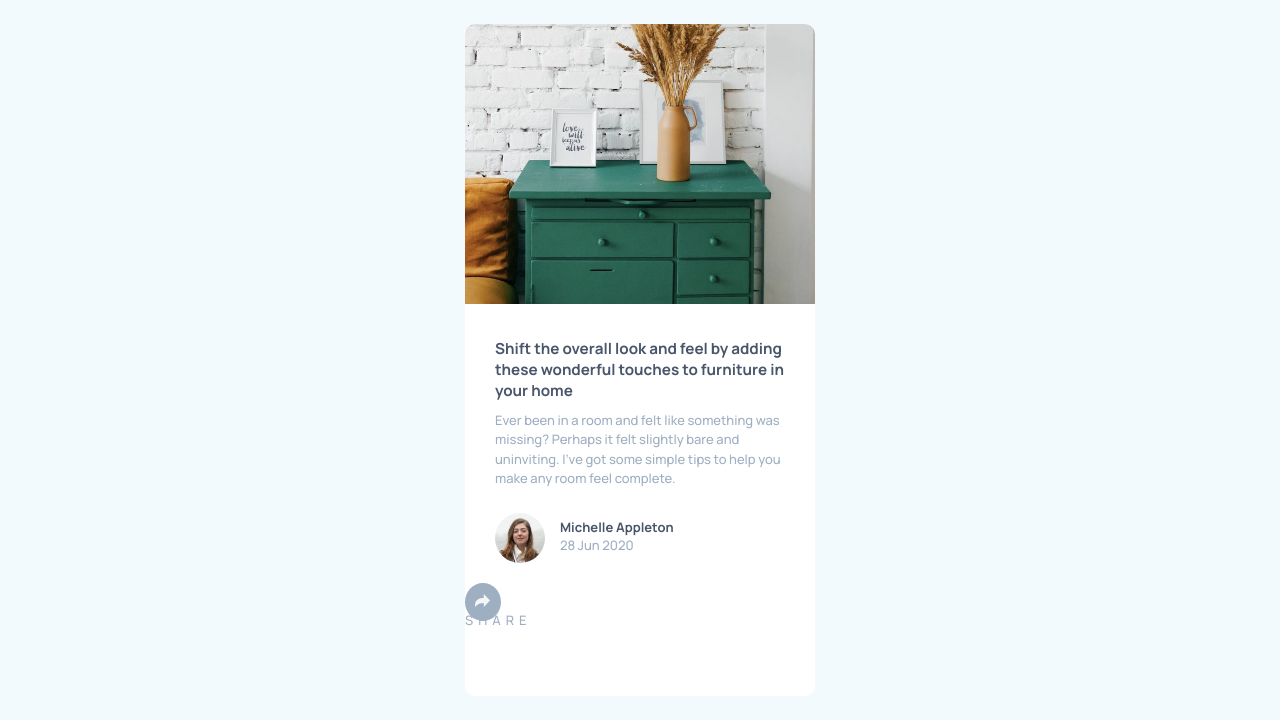
Repository: ellenliao95/frontend-mentor-solution
Page: article-preview-component-master/index.html
The author's editor kept a copy of each file at every save. The page is drawn from the files as they stood at one save, then again after the next save.
The browser window is 1280 px wide. The pictures show the whole page.

Above is the page before, as saved 2023-03-21 15:06:40.

After the next save:
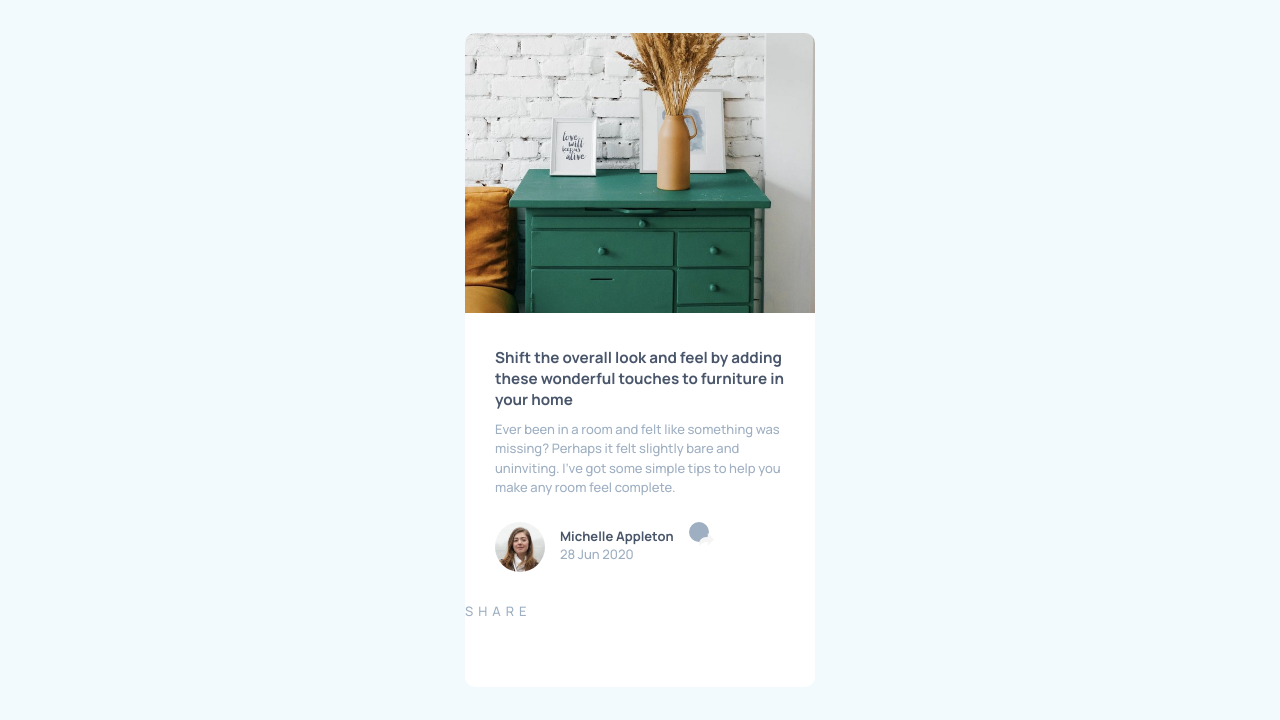
Saved 3 min 53 s later.
--- a/article-preview-component-master/index.html
+++ b/article-preview-component-master/index.html
@@ -41,16 +41,16 @@
           <li id="name">Michelle Appleton</li>
           <li>28 Jun 2020</li>
         </ul>
-      </div>
-    </div>
-    <footer>
-      <div>
         <a href="#" class="share">
           <img
             src="images/icon-share.svg"
             alt="Share-icon"
             >
         </a>
+      </div>
+    </div>
+    <footer>
+      <div>
         <ul class="share-dtl">
           <li>
             <p>SHARE</p>
